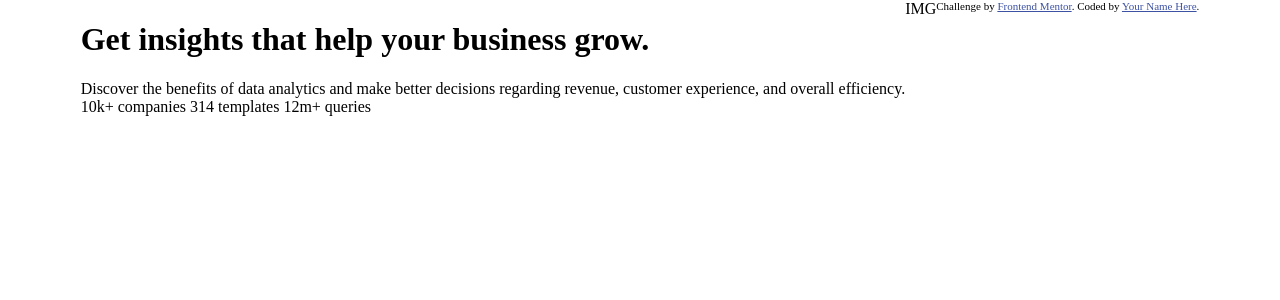
Repository: wasanmsn/Card_Challange
Page: index.html
The author's editor kept a copy of each file at every save. The page is drawn from the files as they stood at one save, then again after the next save.
The browser window is 1280 px wide. The pictures show the whole page.

Above is the page before, as saved 2021-07-21 15:44:24.

After the next save:
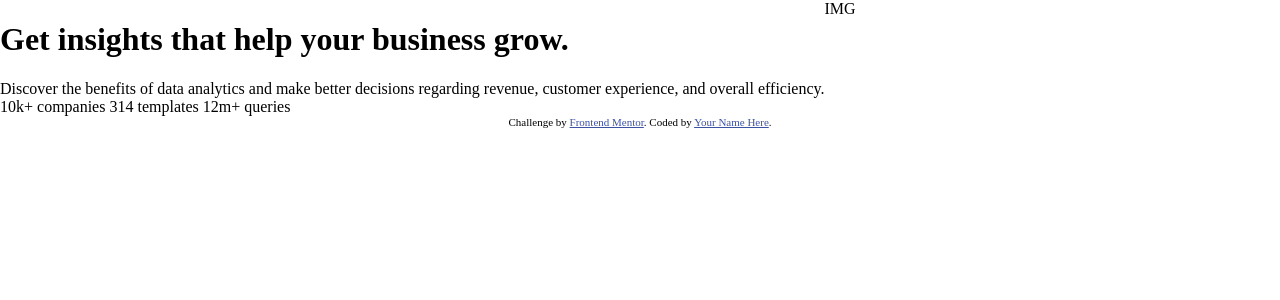
Saved 27 s later.
--- a/stylesheet.css
+++ b/stylesheet.css
@@ -1,10 +1,8 @@
 body{
     margin: 0;
     padding: 0;
-    display: flex;
-    justify-content: center;
 }
 .container{
     display: flex;
-    align-self: center;
+    margin: 0 auto;
 }
